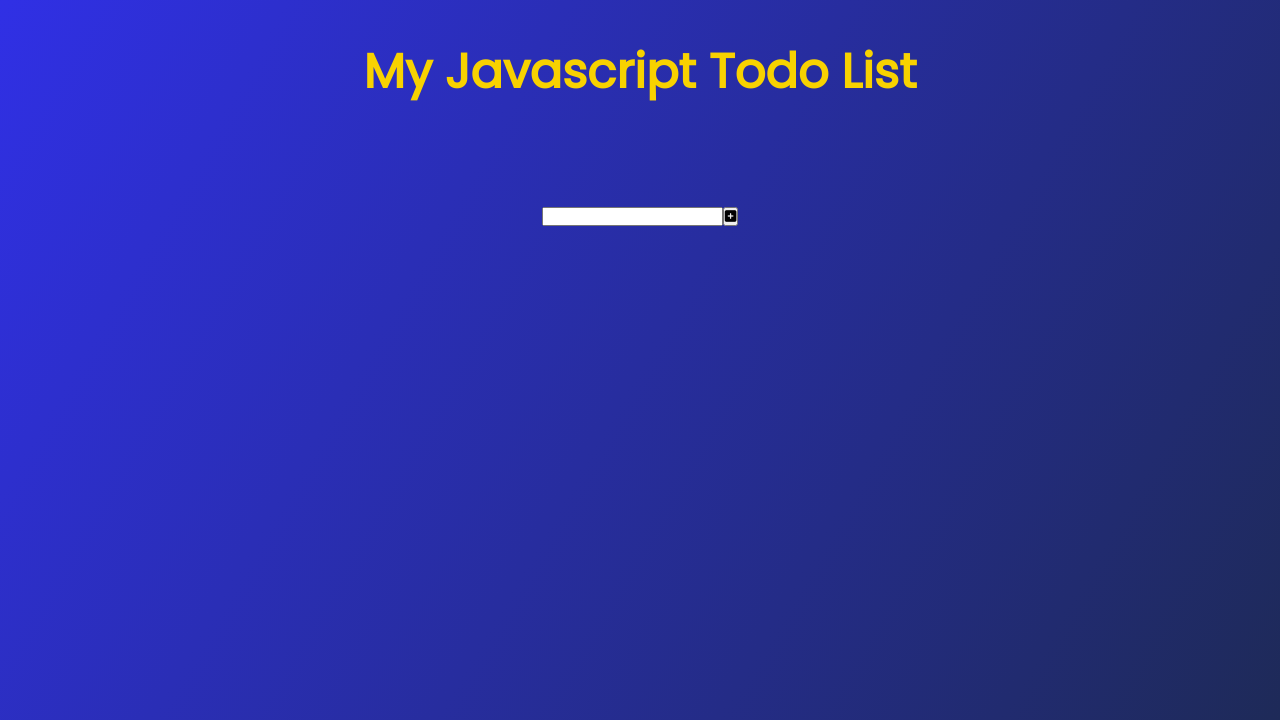
Repository: LuisMiLR/JavaScript-Todo-List
Page: index.html
These files come from the project's save history. The page is drawn as it stood at one moment and after a run of saves; the edit follows.
The browser window is 1280 px wide. The pictures show the whole page.

Above is the page before, as saved 2023-05-01 13:32:19.

After the next 7 saves:
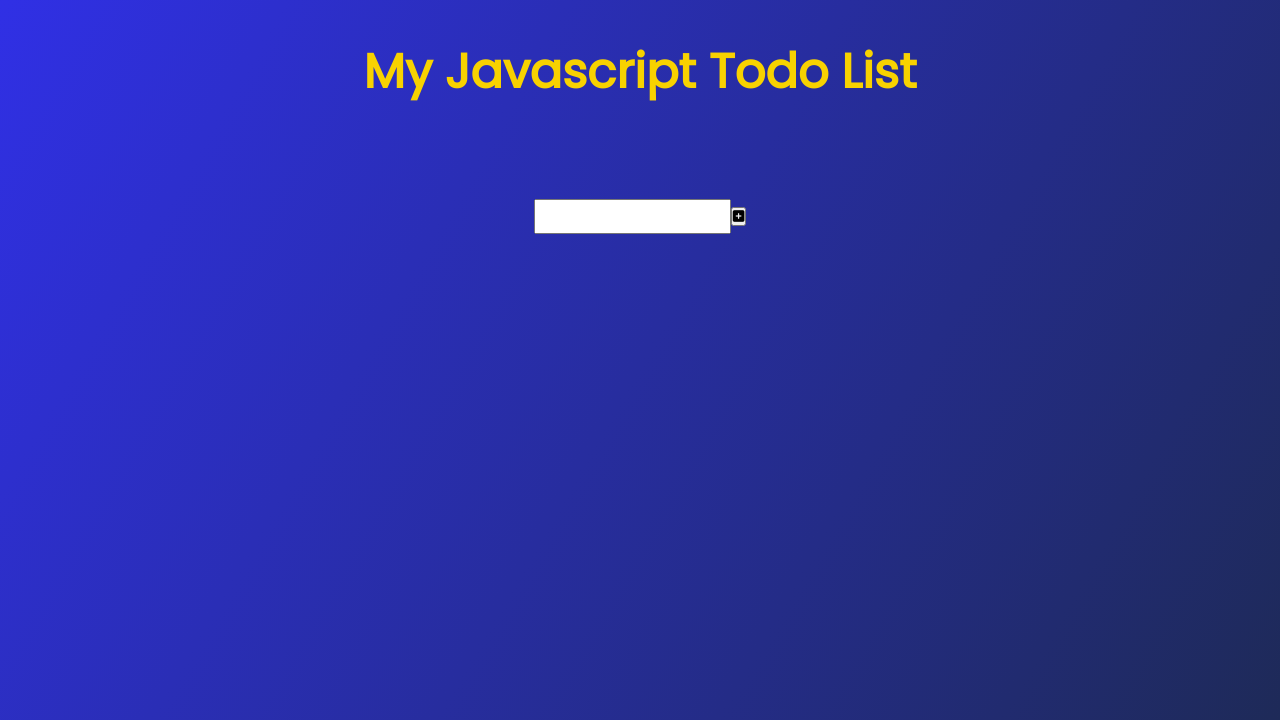
The 7 saves are shown as one change because they came seconds apart.
The last was saved 17 s later.
--- a/style.css
+++ b/style.css
@@ -21,4 +21,7 @@ header, form {
     align-items: center;
 }
 
-form input
+form input, fuorm button {
+    padding: 0.5rem;
+
+}
